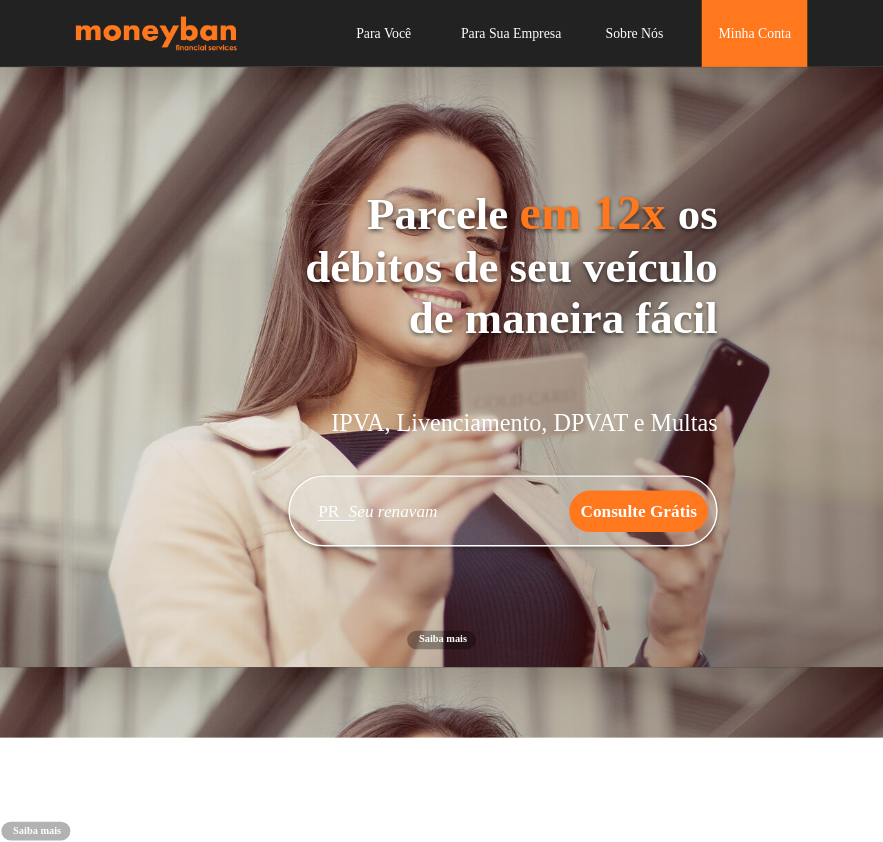
Repository: IvanCardoso91/moneyban
Page: index.html
These files come from the project's save history. The page is drawn as it stood at one moment and after the next save; the edit follows.
The browser window is 1280 px wide. The pictures show the whole page, at 69% of full size.
Some icons come from a web library that is not loaded, so they are not drawn. Some web fonts or font styles are not loaded; a fallback is used.

Above is the page before, as saved 2020-12-17 14:53:29.

### index.html
<!DOCTYPE html>
<html lang="en">

<head>
    <meta charset="UTF-8">
    <meta name="viewport" content="width=device-width, initial-scale=1.0">
    <link rel="stylesheet" href="./style/main-style.css" type="text/css">
    <link href="/Repositorios/site-moneyban/assets/fontawesome-free/css/all.css" rel="stylesheet">
    <title>Moneyban</title>
    <div class="menu-box">
        <div class="site-title">
            <img src="./assets/img/moneyban 3.png" alt="moneyban" width="233" height="49" />
        </div>
        <div class="menu-options">
            <div style="height: 100%; display: flex;align-items: center;">
                <button onclick="myFunction('personal')" class="menu-options-btn menu-options-text">Para Você <i class="fas fa-chevron-down"></i></button>
                <div style="position: absolute; margin-top: 335px;">
                    <div id="myDropdown" class="dropdown-content">
                        <a>Detran Parcelado</a>
                        <a>Credito Pessoal <span>(em breve)</span></a>
                        <a>Conta Digital <span>(em breve)</span></a>
                        <a>Cartão Internacional <span>(em breve)</span></a>
                        <a>Seguro de Celular <span>(em breve)</span></a>
                    </div>
                </div>
            </div>
            <div style="height: 100%; display: flex;align-items: center;">
                <button onclick="myFunction('enterprise')" class="menu-options-btn menu-options-text">Para Sua Empresa <i class="fas fa-chevron-down"></i></button>
                <div style="position: absolute; margin-top: 295px;">
                    <div id="enterpriseDropdown" class="dropdown-content" style="margin-left: 18px;">
                        <a>Detran Parcelado Frota</a>
                        <a>Capital de Giro <span>(em breve)</span></a>
                        <a>Conta Digital <span>(em breve)</span></a>
                        <a>Cartão Internacional <span>(em breve)</span></a>
                    </div>
                </div>
            </div>
            <div style="height: 100%; display: flex;align-items: center;">
                <span class="menu-options-text"><a>Sobre Nós</a></span>
            </div>
            <div class="menu-options-my-account"><a>Minha Conta</a></div>
        </div>
    </div>
</head>

<body>
    <div class="box-img1">
        <div class="right-side-box">
            <span class="right-side-text">Parcele <span style="color: #FF781D !important; font-size: 70px; font-weight: bold"> em 12x </span> os débitos de seu veículo de maneira fácil</span>
        </div>
        <div class="right-side-box2">
            <span class="right-side-text2">IPVA, Livenciamento, DPVAT e Multas</span>
        </div>
        <div class="right-side-box3">
            <form method="post" action="https://consulta.moneyban.com.br/licenciamento.php" name="form">
                <select>
                    <option value="PR">PR</option>
                    <option value="SP">SP</option>
                </select>
                <i class="fa fa-chevron-down"></i>
                <input type="text" placeholder="Seu renavam" id="renavam" name="crenavam" maxlength="11">
                <button type="submit" id="btn-submit">Consulte Grátis</button>
            </form>
        </div>
        <div class="center-know-more">
            <a href="#"><button class="know-more-box">Saiba mais <i class="fas fa-chevron-down"></i></button></a>
        </div>
    </div>
    <div class="box-img2">

        <div class="center-know-more">
            <a href="#"><button class="know-more-box">Saiba mais <i class="fas fa-chevron-down"></i></button></a>
        </div>
    </div>





    <script type="text/javascript" src="./script/main-index.js"></script>
</body>

</html>

### style/main-style.css
@font-face {
    font-family: 'Century Gothic';
    src: url('/Repositorios/site-moneyban/assets/fonts/Century_Gothic.ttf')
}

body {
    margin: 0px;
}

a {
    cursor: pointer;
}


/* MENU HEADER */

.menu-box {
    background-color: #222222;
    width: 100%;
    display: flex;
    flex-direction: row;
    justify-content: space-evenly;
    height: 97px;
}

.site-title {
    display: flex;
    align-items: center;
}

.title-text {
    color: #FF781D;
    font-family: 'Century Gothic';
    font-weight: bold;
}

.subtitle-text {
    color: #FF781D;
    font-family: 'Century Gothic';
}

.menu-options {
    display: flex;
    align-items: center;
    justify-content: flex-end;
}

.menu-options-text {
    color: #FFFFFF;
    font-size: 20px;
    font-family: 'Century Gothic';
    margin-left: 56px;
    background-color: #0000;
    border-color: #0000;
    cursor: pointer;
}

.menu-options-text:focus {
    outline: 0;
}

.menu-options-my-account {
    background-color: #FF781D;
    color: #FFFFFF;
    font-size: 20px;
    font-family: 'Century Gothic';
    margin-left: 56px;
    height: 100%;
    display: flex;
    align-items: center;
    padding: 0px 24px;
}

.fa-chevron-down {
    color: #FF781D;
    pointer-events: none;
}


/* FIM DO MENU HEADER */


/* DROPDOWN */

.dropdown {
    position: relative;
    display: inline-block;
}

.dropdown-content {
    display: none;
    font-size: 14px;
    font-family: 'Century Gothic';
    background-color: #222222B3;
    cursor: pointer;
    opacity: 1;
    border: 2px solid transparent;
    border-top-color: #FF781D;
    transition: all 2s ease-in-out;
}

.dropdown-content a {
    color: #FFFFFF !important
}

.dropdown-content span {
    color: #FF781D !important;
    font-size: 10px
}

.dropdown-content a {
    color: black;
    padding: 12px 16px;
    text-decoration: none;
    display: block;
}

.dropdown a:hover {
    background-color: #ddd;
}

.show {
    display: flex;
    flex-direction: column;
    align-content: flex-start;
    width: 292px;
    padding: 15px;
}


/* FIM DO DROPDOWN */


/* PRIMEIRA DIV-IMAGEM */

.box-img1 {
    display: flex;
    flex-direction: column;
    align-items: flex-end;
    height: 870px;
    background-image: url('/Repositorios/site-moneyban/assets/img/bg-home-parcelar-documentos-carro-moto.jpg');
}

.right-side-box {
    margin-top: 172px;
    margin-right: 240px;
    width: 608px;
    height: 321px;
    text-align: right;
}

.right-side-box2 {
    padding: 20px 0px;
    margin-right: 240px;
    width: 608px;
    height: 80px;
    text-align: right;
}

.right-side-box3 {
    margin-right: 240px;
    height: 86px;
    text-align: center;
    background: #FFFFFF26 0% 0% no-repeat padding-box;
    box-shadow: 0px 3px 6px #0000004D;
    border: 2px solid #fff;
    border-radius: 51px;
    padding: 9px 10px 9px 40px;
    display: flex;
    justify-content: center;
    align-items: center;
}

.right-side-text {
    font-size: 65px;
    font-family: 'Century Gothic';
    font-weight: bold;
    color: #FFFFFF;
    text-shadow: 0px 3px 6px #00000099;
}

.right-side-text2 {
    font-size: 35px;
    font-family: 'Century Gothic';
    font-weight: normal;
    color: #FFFFFF;
}

.center-know-more {
    align-self: center;
    height: 17%;
    margin-top: 120px;
}

.know-more-box {
    font-size: 15px;
    font-family: 'Century Gothic';
    font-weight: bold;
    color: #FFFFFF;
    background: #0000004D 0% 0% no-repeat padding-box;
    border-radius: 51px;
    opacity: 1;
    border-color: transparent;
    padding: 4px 13px 6px 17px;
    cursor: pointer;
    outline: 0;
}

select {
    -webkit-appearance: none;
    -moz-appearance: none;
    -o-appearance: none;
    appearance: none;
    width: 55px;
    margin-right: -20px;
    cursor: pointer;
    background-color: #0000;
    outline: none;
    color: #fff;
    font-family: 'Century Gothic';
    font-size: 25px;
    border-color: #0000;
    padding-right: 21px;
    border: -2px;
    border-bottom: solid 1px;
}

option {
    color: #000;
}

select::-ms-expand {
    display: none;
}

#renavam {
    background-color: transparent;
    border-color: transparent;
    padding: 10px 0px 4px 4px;
    color: #FFFFFF;
    font-family: 'Century Gothic';
    font-size: 25px;
    outline: 0;
}

#renavam::placeholder {
    color: #FFFFFF;
    font-family: 'Century Gothic';
    font-size: 25px;
    font-style: italic;
}

#btn-submit {
    background: #FF781D 0% 0% no-repeat padding-box;
    border-radius: 51px;
    opacity: 1;
    outline: 0;
    padding: 16px;
    border-color: #0000;
    color: #fff;
    font-family: 'Century Gothic';
    font-size: 25px;
    font-weight: bold;
    cursor: pointer;
}


/* FIM PRIMEIRA DIV-IMAGEM */


/* INICIO SEGUNDA DIV-IMAGEM */

.box-img1 {
    display: flex;
    flex-direction: column;
    align-items: flex-end;
    height: 972px;
    background-image: url('/Repositorios/site-moneyban/assets/img/bg-home-parcelar-documentos-carro-moto.jpg');
}

### script/main-index.js
function myFunction(option) {
    if (option === 'personal') {
        document.getElementById("myDropdown").classList.toggle("show");
        document.getElementById("enterpriseDropdown").classList.remove("show")
    } else {
        document.getElementById("enterpriseDropdown").classList.toggle("show");
        document.getElementById("myDropdown").classList.remove("show");
    }

}

// Close the dropdown if the user clicks outside of it
window.onclick = function(event) {
    if (!event.target.matches('.menu-options-btn')) {
        var dropdowns = document.getElementsByClassName("dropdown-content");
        var i;
        for (i = 0; i < dropdowns.length; i++) {
            var openDropdown = dropdowns[i];
            if (openDropdown.classList.contains('show')) {
                openDropdown.classList.remove('show');
            }
        }
    }
}

// NAO ESQUECER DE ADICIONAR O MÉTODO POST
{
    /* <form method="post" action="https://consulta.moneyban.com.br/licenciamento.php" name="form">
    	<input type="text" placeholder="Nome Completo" name="cnome">
    	<input type="email" placeholder="E-mail" name="cemail">
    	<input type="tel" placeholder="Telefone" name="cphone">
    	<input type="text" placeholder="Renavam" id="renavam" name="crenavam" maxlength="11">
    	<input type="hidden" name="cparceiro" value="">
    	<input type="hidden" name="cuf" value="PR">
    	<button type="submit" >Consultar Grátis</button>
    </form> */
}

After the next save:
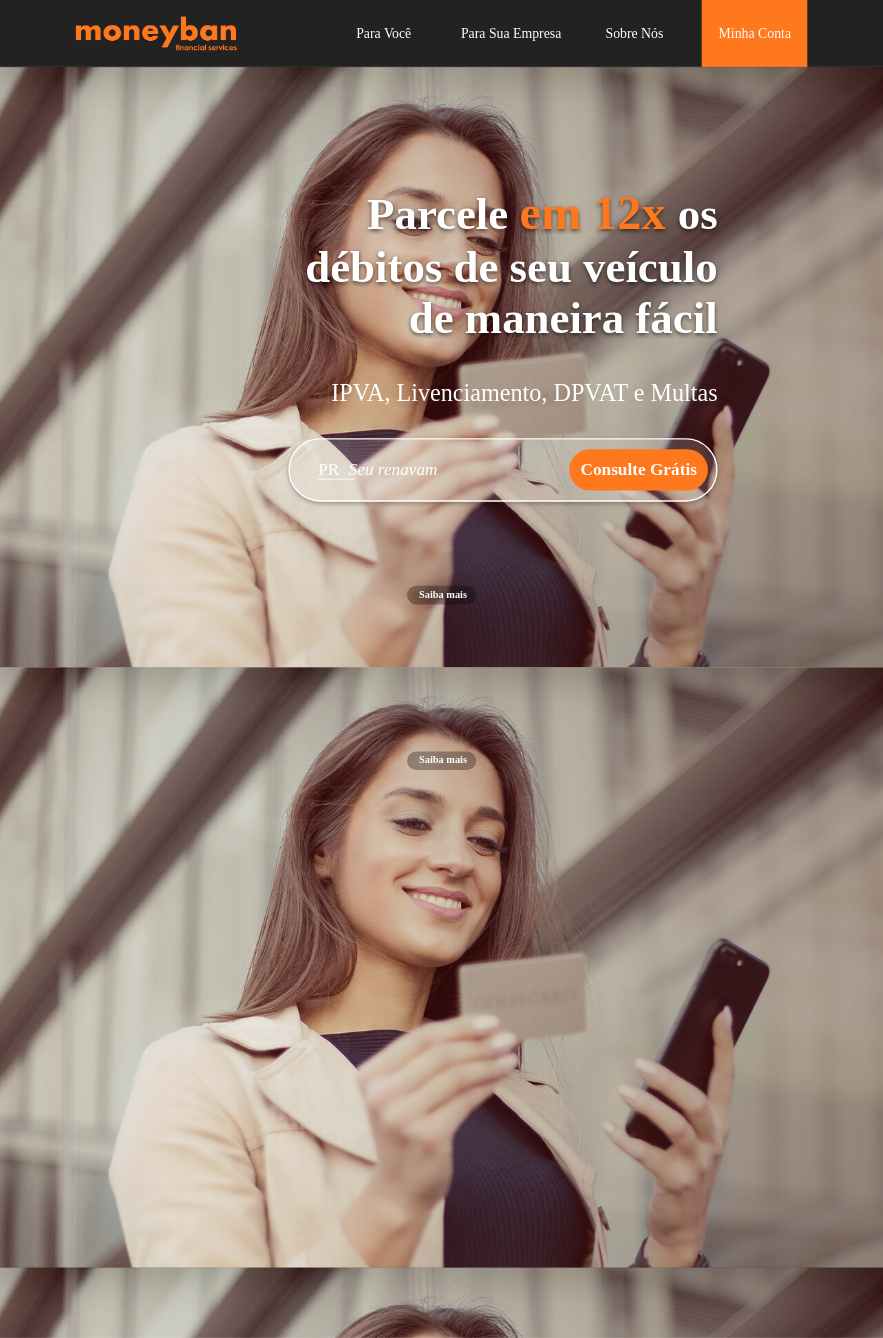
Saved 17 s later.
--- a/style/main-style.css
+++ b/style/main-style.css
@@ -270,7 +270,7 @@ select::-ms-expand {
 
 /* INICIO SEGUNDA DIV-IMAGEM */
 
-.box-img1 {
+.box-img2 {
     display: flex;
     flex-direction: column;
     align-items: flex-end;
